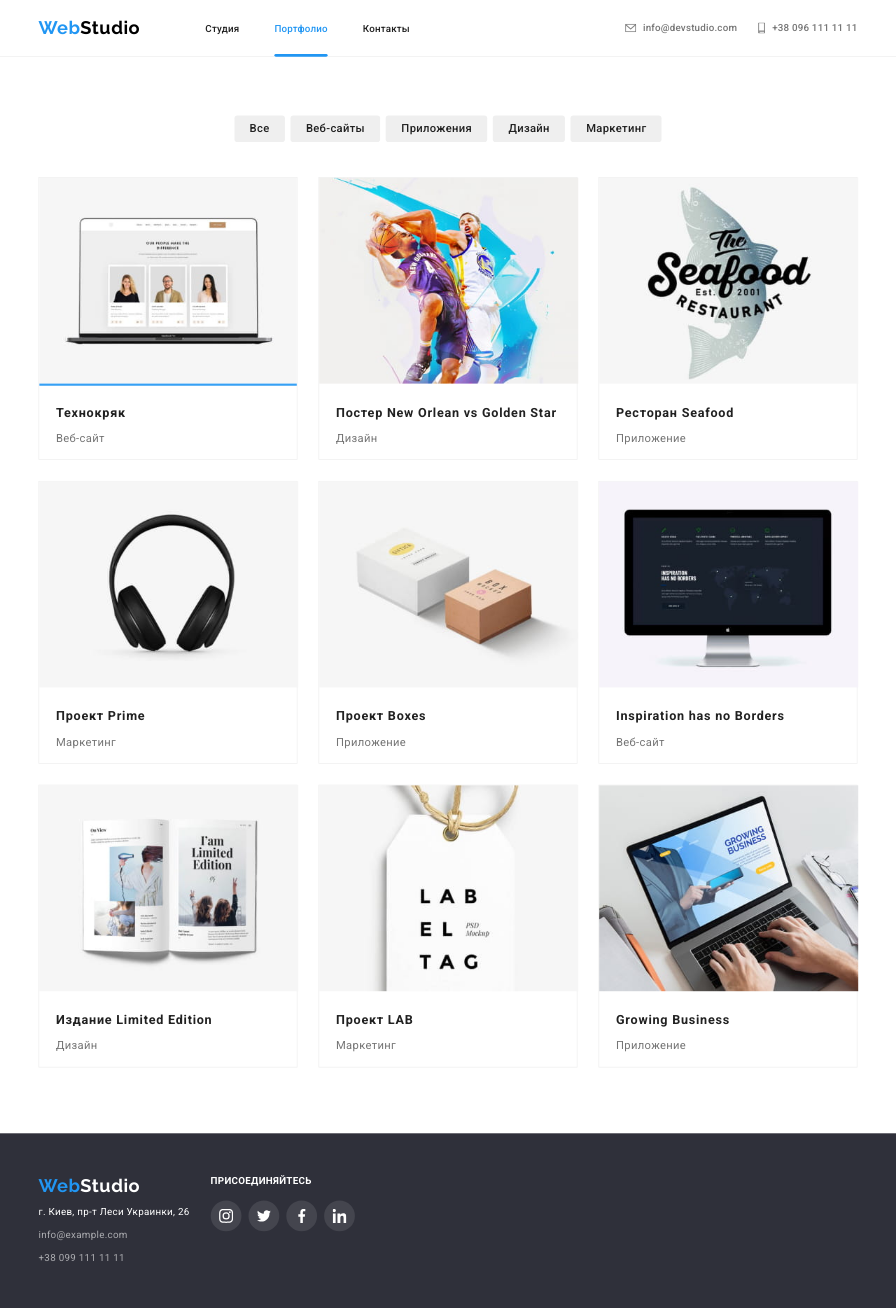
Repository: UliyaKucherernko/home-work-8
Page: porfolio.html
An editor plug-in stored every save of this project. The page is shown before and after the next save, followed by the edit.
The browser window is 1280 px wide. The pictures show the part of the page from y = 0 to 1920 px (the page is 1869 px tall before and 3108 px after), at 70% of full size.

Above is the page before, as saved 2021-04-14 11:46:50.

### porfolio.html
<!DOCTYPE html>
<html lang="en">
<head>
    <!-- Служебная информация -->
    <meta charset="UTF-8">
    <meta http-equiv="X-UA-Compatible" content="IE=edge">
    <meta name="viewport" content="width=device-width, initial-scale=1.0">
    <title>homework5</title>
    <link rel="preconnect" href="https://fonts.gstatic.com">
    <link href="https://fonts.googleapis.com/css2?family=Raleway:wght@700&family=Roboto:wght@400;500;700;900&display=swap" rel="stylesheet">
    <link rel="stylesheet" href="./css/styles.css">
</head>
<body>

   <header class="header">
      <div class="container">
         <!-- Шапка -->
         <nav class="navigation">
            <a class="link logo-header" href="index.html">
               <span class="web">Web</span><span class="studio">Studio</span></a>
            <ul class="list menu">
               <li class="menu-item">
                  <a href="./index.html" class="link link-title menu-link">Студия</a>
               </li>
               <li class="menu-item">
                  <a href="./porfolio.html" class="link link-title menu-link current">Портфолио</a>
               </li>
               <li class="menu-item">
                  <a class="link link-title menu-link" href="">Контакты</a>
               </li>
            </ul>
         </nav>
         <ul class="list header-adress">
            <li class="contact-item">
               <a class="link contact-links menu-adress" href="mailto:info@devstudio.com">
                  <svg class="icon-header" width="16" height="12">
                     <use href="./images/icons-sprite.svg#icon-mail"></use>
                  </svg>
                  info@devstudio.com
               </a>
            </li>
            <li class="contact-item">
               <a class="link contact-links menu-adress" href="tel:+380961111111">
                  <svg class="icon-header" width="10" height="16">
                     <use href="./images/icons-sprite.svg#icon-phone"></use>
                  </svg>
                  +38 096 111 11 11
               </a>
            </li>
         </ul>
      </div>
   </header>

     <!--что входит в портфолио-->
    <main>
      <section class="gallery">
         <div class="container">
          <ul class="list gallery-btns">
              <li><button class="button-filtr" type="button">Все</button></li>
              <li><button class="button-filtr" type="button">Веб-сайты</button></li>
              <li><button class="button-filtr" type="button">Приложения</button></li>
              <li><button class="button-filtr" type="button">Дизайн</button></li>
              <li><button class="button-filtr" type="button">Маркетинг</button></li>
          </ul>

 <ul class="list grid gallery-list">
    <div class="gallery-card">
   <div class="gallery-thumb">
                <li><img src="./images/1-monitor.jpg" alt="на мониторе 3 фотокарточки людей" width="370">

                  <div class="gallery-overlay">
                     <p class="gallery-text-overlay">Технокряк это современная площадка распространения коронавируса.
                        Компании используют эту платформу для цифрового
                        шпионажа и атак на защищённые сервера конкурентов.</p>
                  </div>
                  </li>
                  </div>
                  <div class="gallery-names">
                       <h3 class="filtrs">Технокряк</h3>
                       <p class="main-filtrs">Веб-сайт</p>
                  </div>


  </div>


                  <li class="gallery-card"><img src="./images/2-nba.jpg" alt="2 прня играют в баскетбол" width="370">
                     <div class="gallery-names">
                         <h3 class="filtrs">Постер New Orlean vs Golden Star</h3>
                        <p class="main-filtrs">Дизайн</p>
                      </div>
                  </li>

               <li class="gallery-card"><img src="./images/3-seafood.jpg" alt="рыбный ресторан" width="370">
                      <div class="gallery-names">
                         <h3 class="filtrs">Ресторан Seafood</h3>
                       <p class="main-filtrs">Приложение</p>
                   </div>
                  </li>

                  <li class="gallery-card"><img src="./images/4-prime.jpg" alt="наушники" width="370">
                     <div class="gallery-names">
                        <h3 class="filtrs">Проект Prime</h3>
                        <p class="main-filtrs">Маркетинг</p>
                     </div>
                     </li>

                  <li class="gallery-card"><img src="./images/5-boxes.jpg" alt="2 коробки разного размера" width="370">
                     <div class="gallery-names">
                        <h3 class="filtrs">Проект Boxes</h3>
                        <p class="main-filtrs">Приложение</p>
                     </div>
                     </li>

                  <li class="gallery-card"><img src="./images/6-borders.jpg" alt="монитор борд с картой мира" width="370">
                     <div class="gallery-names">
                        <h3 class="filtrs">Inspiration has no Borders</h3>
                        <p class="main-filtrs">Веб-сайт</p>
                     </div>
                     </li>

                  <li class="gallery-card"><img src="./images/7-magazine.jpg" alt="журнал" width="370">
                     <div class="gallery-names">
                        <h3 class="filtrs">Издание Limited Edition</h3>
                        <p class="main-filtrs">Дизайн</p>
                     </div>
                     </li>

                  <li class="gallery-card"><img src="./images/8-labels.jpg" alt="белая этикетка бирка" width="370">
                     <div class="gallery-names">
                        <h3 class="filtrs">Проект LAB</h3>
                        <p class="main-filtrs">Маркетинг</p>
                     </div>
                     </li>

                  <li class="gallery-card"><img src="./images/9-nout.jpg" alt="печатают на ноуте" width="370">
                     <div class="gallery-names">
                        <h3 class="filtrs">Growing Business</h3>
                        <p class="main-filtrs">Приложение</p>
                     </div>
                     </li>
                  </ul>
           </div>
     </section>
    </main>

   <!--подвал-->
   <footer class="footer-dark-bg">
      <div class="container">
         <div class="grid">
            <div class="grid-item-3">
               <a class="link footer-logo" href="index.html">
                  <span class="web">Web</span><span class="studio-footer">Studio</span></a>
               <address>
                  <ul class="footer-list">
                     <li><a href="" class="link footer-adress">г. Киев, пр-т Леси Украинки, 26</a></li>
                     <li><a href="mailto:info@example.com" class="link footer-social">info@example.com</a></li>
                     <li><a href="+380991111111" class="link footer-social">+38 099 111 11 11</a></li>
                  </ul>
               </address>
            </div>

            <div class="grid-item-3">
               <div class="card-footer">
                  <p class="f-sleng">присоединяйтесь</p>
               </div>
               <ul class="d-inline-flex">
                  <li class="social-icon-item">
                     <a href="" class="social-icon-link foo-icon">
                        <svg>
                           <use href="./images/icons-sprite.svg#icon-instagram"></use>
                        </svg>
                     </a>
                  </li>
                  <li class="social-icon-item">
                     <a href="" class="social-icon-link foo-icon">
                        <svg>
                           <use href="./images/icons-sprite.svg#icon-twitter"></use>
                        </svg>
                     </a>
                  </li>
                  <li class="social-icon-item">
                     <a href="" class="social-icon-link foo-icon">
                        <svg>
                           <use href="./images/icons-sprite.svg#icon-facebook"></use>
                        </svg>
                     </a>
                  </li>
                  <li class="social-icon-item">
                     <a href="" class="social-icon-link foo-icon">
                        <svg>
                           <use href="./images/icons-sprite.svg#icon-linkedin"></use>
                        </svg>
                     </a>
                  </li>
               </ul>
            </div>

         </div>
         <!-- <div class="card-footer-news">
                       <p class="news-title">подпишитесь на рассылку</p>
                     </div> -->
      </div>
   </footer>
   </body>

   </html>

Loaded but not shown: css/styles.css (849 lines, source omitted)

After the next save:
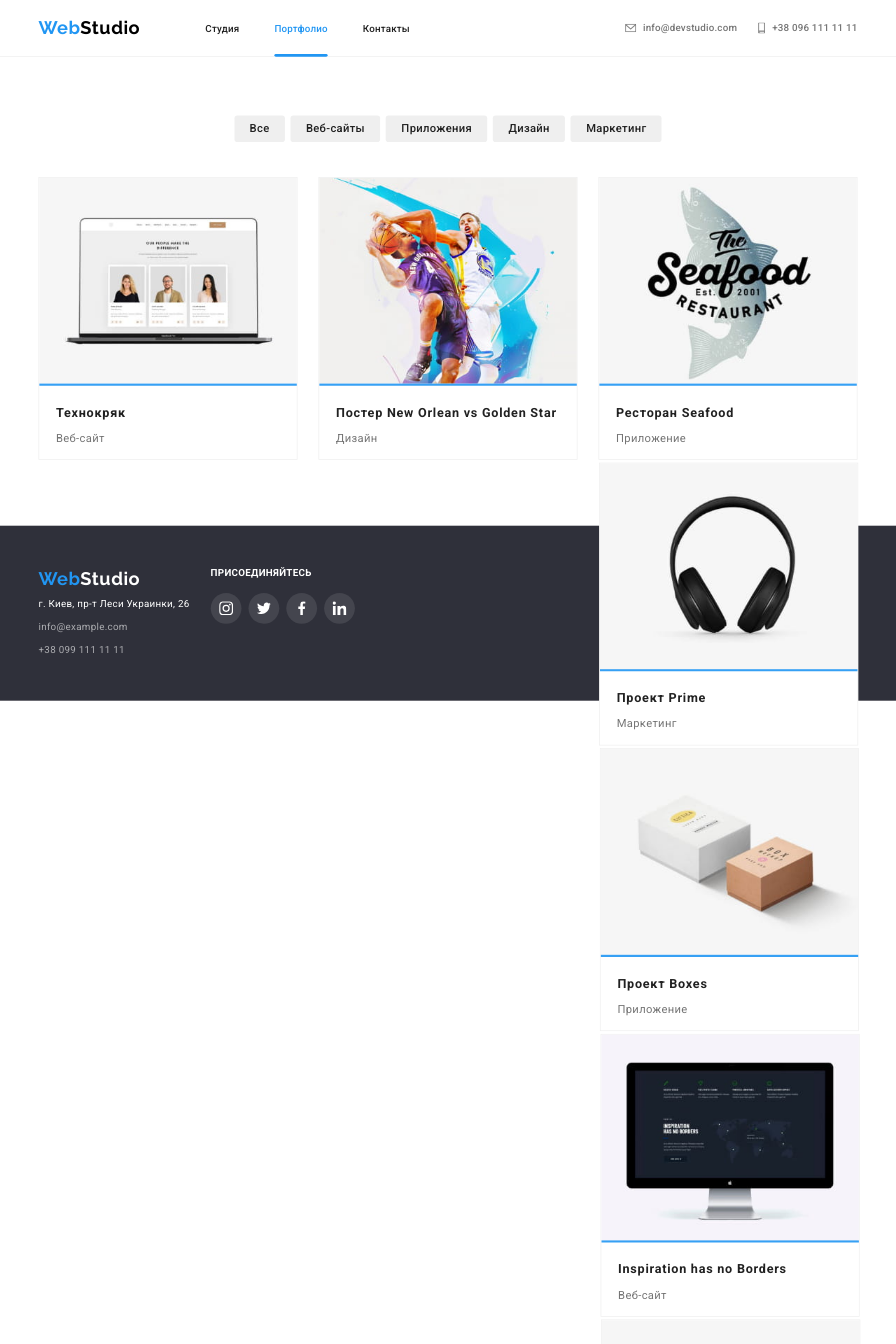
Saved 10 min 35 s later.
--- a/porfolio.html
+++ b/porfolio.html
@@ -79,66 +79,119 @@
                        <h3 class="filtrs">Технокряк</h3>
                        <p class="main-filtrs">Веб-сайт</p>
                   </div>
-
-
-  </div>
-
-
-                  <li class="gallery-card"><img src="./images/2-nba.jpg" alt="2 прня играют в баскетбол" width="370">
+   </div>
+
+               <div class="gallery-card">
+                  <div class="gallery-thumb">
+                  <li><img src="./images/2-nba.jpg" alt="2 прня играют в баскетбол" width="370">
+                     <div class="gallery-overlay">
+                        <p class="gallery-text-overlay">2</p>
+                     </div>
+                     </li>
+                     </div>
+
                      <div class="gallery-names">
                          <h3 class="filtrs">Постер New Orlean vs Golden Star</h3>
                         <p class="main-filtrs">Дизайн</p>
                       </div>
-                  </li>
-
-               <li class="gallery-card"><img src="./images/3-seafood.jpg" alt="рыбный ресторан" width="370">
+
+            </div>
+                  <div class="gallery-card">
+                     <div class="gallery-thumb">
+               <li><img src="./images/3-seafood.jpg" alt="рыбный ресторан" width="370">
+                  <div class="gallery-overlay">
+                     <p class="gallery-text-overlay">3</p>
+                  </div>
+                  </li>
+                  </div>
                       <div class="gallery-names">
                          <h3 class="filtrs">Ресторан Seafood</h3>
                        <p class="main-filtrs">Приложение</p>
                    </div>
-                  </li>
-
-                  <li class="gallery-card"><img src="./images/4-prime.jpg" alt="наушники" width="370">
+
+
+                  <div class="gallery-card">
+                     <div class="gallery-thumb">
+                  <li><img src="./images/4-prime.jpg" alt="наушники" width="370">
+                     <div class="gallery-overlay">
+                        <p class="gallery-text-overlay">4</p>
+                     </div>
+
+                     </div>
                      <div class="gallery-names">
                         <h3 class="filtrs">Проект Prime</h3>
                         <p class="main-filtrs">Маркетинг</p>
                      </div>
-                     </li>
-
-                  <li class="gallery-card"><img src="./images/5-boxes.jpg" alt="2 коробки разного размера" width="370">
+
+                     <div class="gallery-card">
+                        <div class="gallery-thumb">
+                  <li><img src="./images/5-boxes.jpg" alt="2 коробки разного размера" width="370">
+                     <div class="gallery-overlay">
+                        <p class="gallery-text-overlay">5</p>
+                     </div>
+                     </li>
+                     </div>
                      <div class="gallery-names">
                         <h3 class="filtrs">Проект Boxes</h3>
                         <p class="main-filtrs">Приложение</p>
                      </div>
-                     </li>
-
-                  <li class="gallery-card"><img src="./images/6-borders.jpg" alt="монитор борд с картой мира" width="370">
+
+
+                     <div class="gallery-card">
+                        <div class="gallery-thumb">
+                  <li><img src="./images/6-borders.jpg" alt="монитор борд с картой мира" width="370">
+                     <div class="gallery-overlay">
+                        <p class="gallery-text-overlay">6</p>
+                     </div>
+                     </li>
+                     </div>
                      <div class="gallery-names">
                         <h3 class="filtrs">Inspiration has no Borders</h3>
                         <p class="main-filtrs">Веб-сайт</p>
                      </div>
-                     </li>
-
-                  <li class="gallery-card"><img src="./images/7-magazine.jpg" alt="журнал" width="370">
+
+
+                     <div class="gallery-card">
+                        <div class="gallery-thumb">
+                  <li><img src="./images/7-magazine.jpg" alt="журнал" width="370">
+                     <div class="gallery-overlay">
+                        <p class="gallery-text-overlay">7</p>
+                     </div>
+                     </li>
+                     </div>
                      <div class="gallery-names">
                         <h3 class="filtrs">Издание Limited Edition</h3>
                         <p class="main-filtrs">Дизайн</p>
                      </div>
-                     </li>
-
-                  <li class="gallery-card"><img src="./images/8-labels.jpg" alt="белая этикетка бирка" width="370">
+
+
+                     <div class="gallery-card">
+                        <div class="gallery-thumb">
+                  <li><img src="./images/8-labels.jpg" alt="белая этикетка бирка" width="370">
+                     <div class="gallery-overlay">
+                        <p class="gallery-text-overlay">8</p>
+                     </div>
+                     </li>
+                     </div>
                      <div class="gallery-names">
                         <h3 class="filtrs">Проект LAB</h3>
                         <p class="main-filtrs">Маркетинг</p>
                      </div>
-                     </li>
-
-                  <li class="gallery-card"><img src="./images/9-nout.jpg" alt="печатают на ноуте" width="370">
+
+
+                     <div class="gallery-card">
+                        <div class="gallery-thumb">
+                  <li><img src="./images/9-nout.jpg" alt="печатают на ноуте" width="370">
+                     <div class="gallery-overlay">
+                        <p class="gallery-text-overlay">9</p>
+                     </div>
+                     </li>
+                     </div>
                      <div class="gallery-names">
                         <h3 class="filtrs">Growing Business</h3>
                         <p class="main-filtrs">Приложение</p>
                      </div>
-                     </li>
+
                   </ul>
            </div>
      </section>
